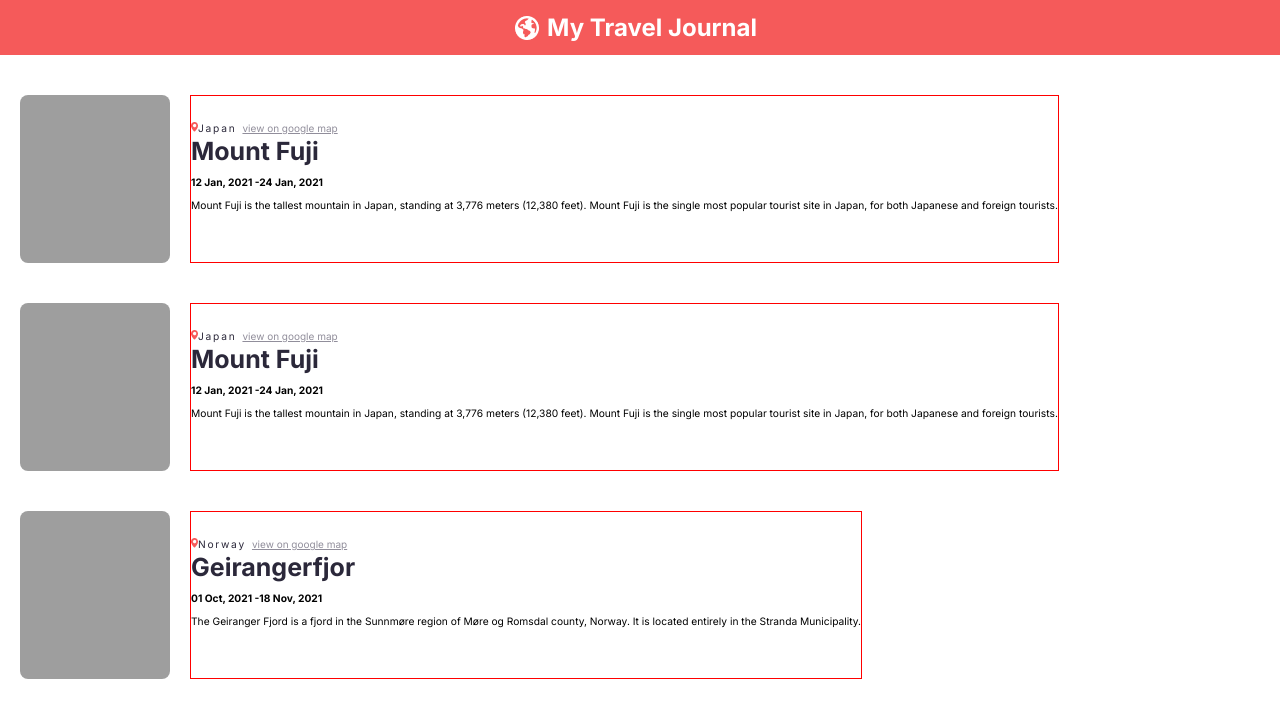
Repository: Richswag009/my-travel-journal
Page: /
These files come from the project's save history. The page is drawn as it stood at one moment and after the next save; the edit follows.
The browser window is 1280 px wide. The pictures show the whole page.
Pictures or frames that could not be fetched are drawn as grey boxes. The project was rebuilt for these pictures with package versions that can differ from the ones it lists, and the page was loaded fresh each time.

Above is the page before, as saved 2022-06-18 15:09:32.

After the next save:
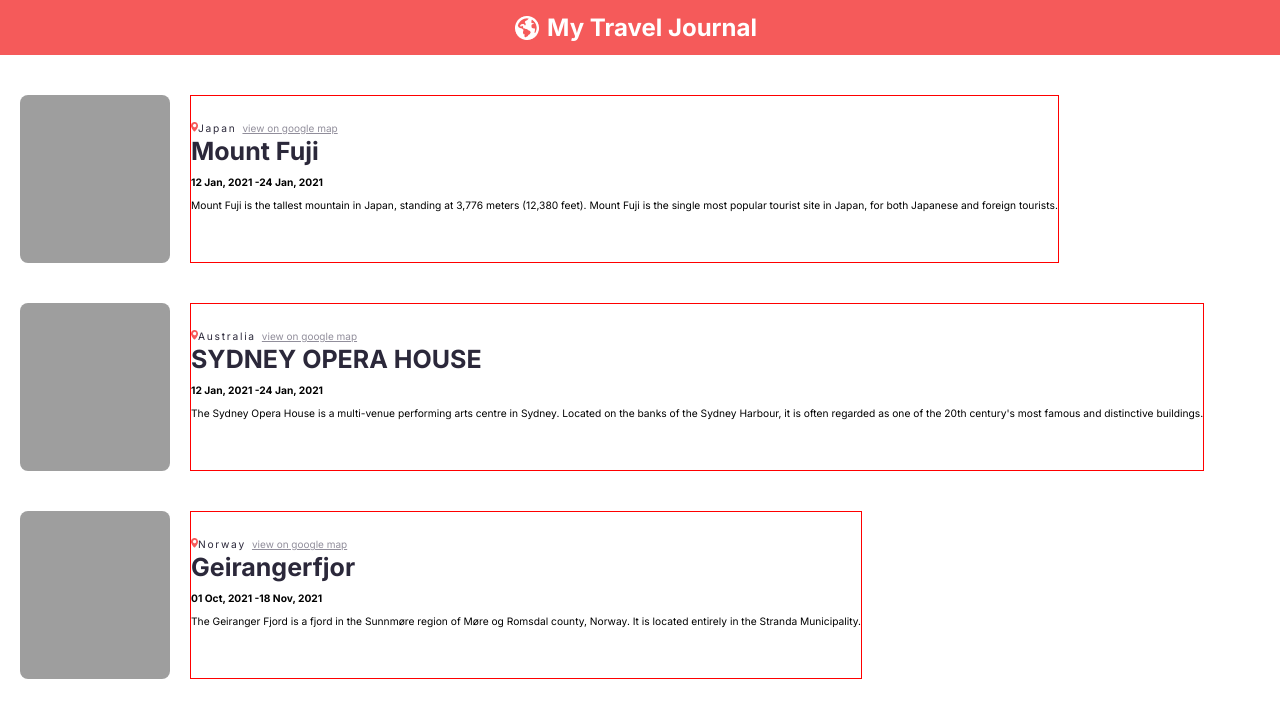
Saved 78 s later.
--- a/src/Data.js
+++ b/src/Data.js
@@ -10,12 +10,12 @@ const Data=
             imageUrl: "https://source.unsplash.com/WLxQvbMyfas"
         },
         {
-            title: "Mount Fuji",
-            location: "Japan",
+            title: "SYDNEY OPERA HOUSE",
+            location: "Australia",
             googleMapsUrl: "https://goo.gl/maps/1DGM5WrWnATgkSNB8",
             startDate: "12 Jan, 2021",
             endDate: "24 Jan, 2021",
-            description: "Mount Fuji is the tallest mountain in Japan, standing at 3,776 meters (12,380 feet). Mount Fuji is the single most popular tourist site in Japan, for both Japanese and foreign tourists.",
+            description: "The Sydney Opera House is a multi-venue performing arts centre in Sydney. Located on the banks of the Sydney Harbour, it is often regarded as one of the 20th century's most famous and distinctive buildings.",
             imageUrl: "https://source.unsplash.com/JmuyB_LibRo"
         },
         {
